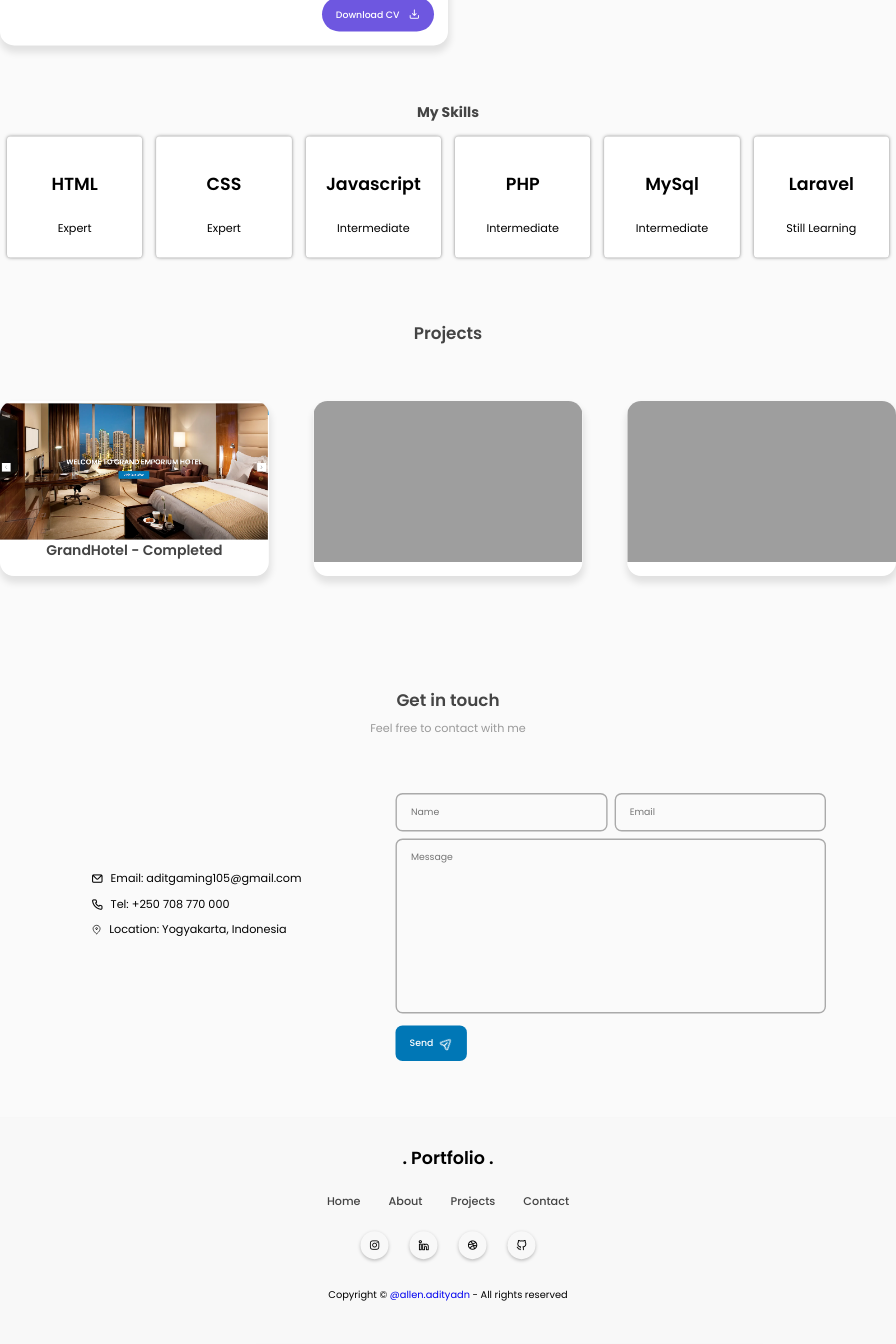
Repository: 4Kbrain/Portofolio
Page: index.html
These files come from the project's save history. The page is drawn as it stood at one moment and after a run of saves; the edit follows.
The browser window is 1280 px wide. The pictures show the part of the page from y = 1087 to 3007 px (the page is 3007 px tall), at 70% of full size.
Pictures or frames that could not be fetched are drawn as grey boxes.

Above is the page before, as saved 2024-05-15 17:31:20.
Console error: ReferenceError: ScrollReveal is not defined

After the next 3 saves:
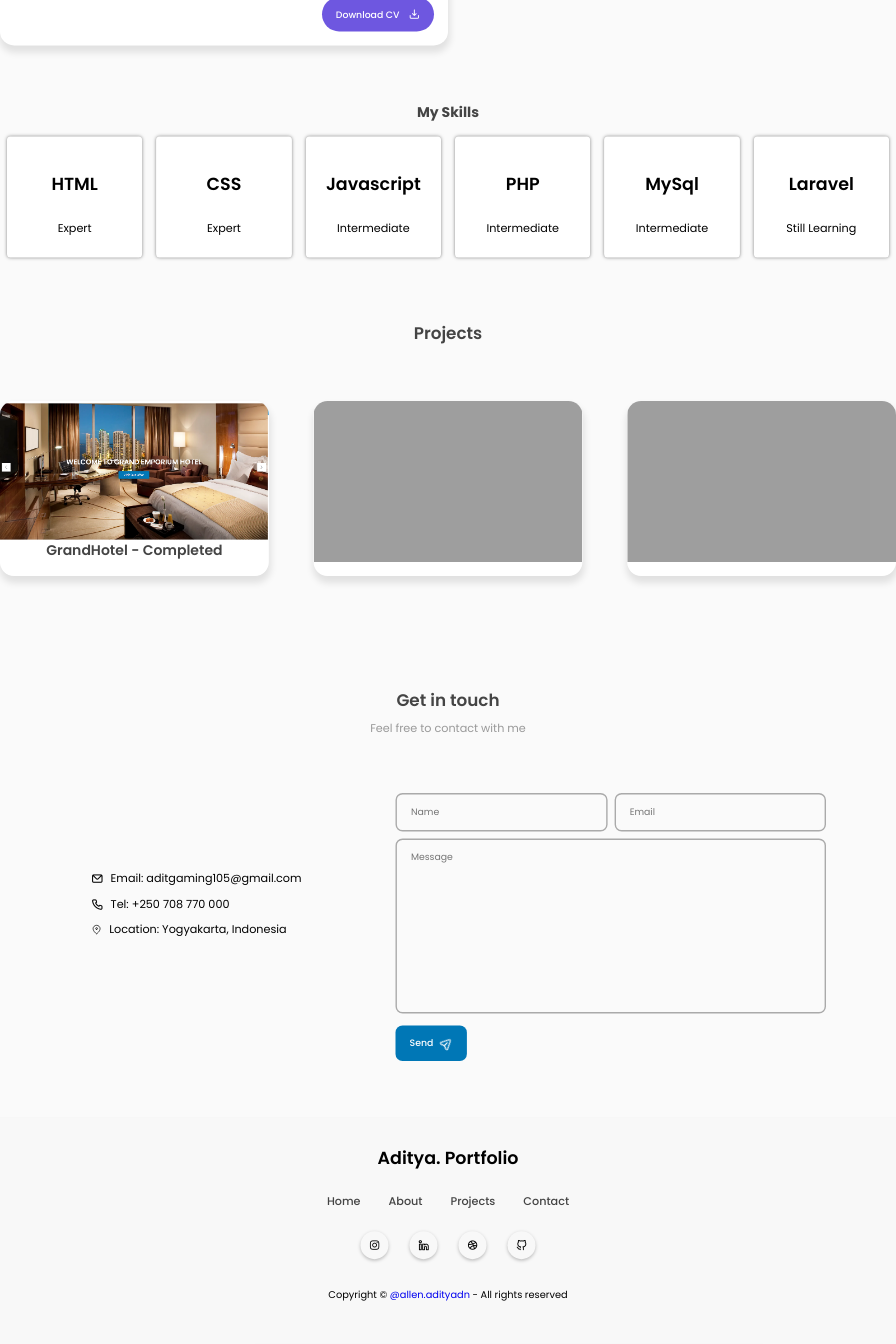
The 3 saves are shown as one change because they came seconds apart.
The last was saved 16 s later.
--- a/index.html
+++ b/index.html
@@ -233,7 +233,7 @@
     <!-- Footer -->
     <footer>
         <div class="top-footer">
-            <p>. Portfolio .</p>
+            <p>Aditya. Portfolio</p>
         </div>
         <div class="middle-footer">
             <ul class="footer-menu">
